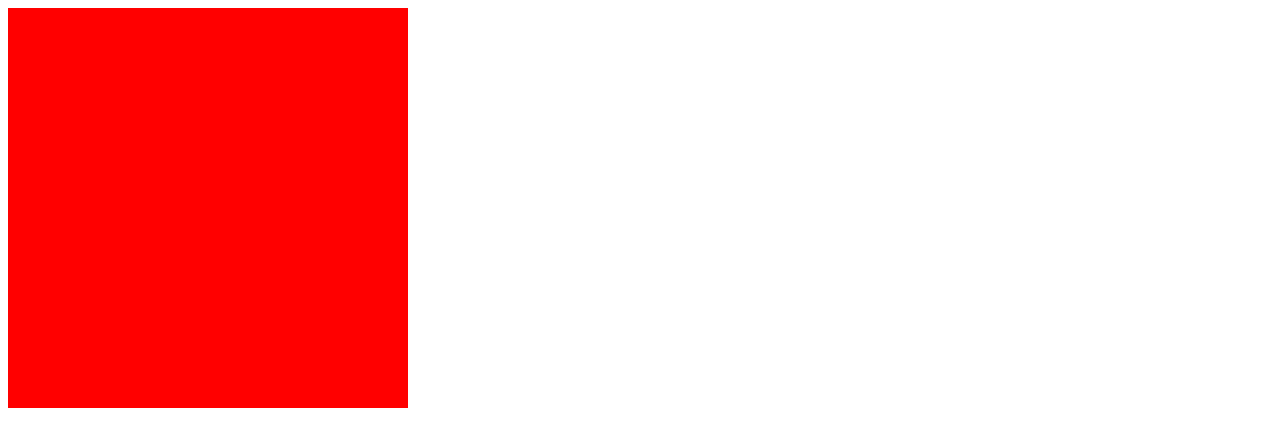
Repository: ChristeZeng/ComputerGraphics
Page: Lab2/Test.html
The author's editor kept a copy of each file at every save. The page is drawn from the files as they stood at one save, then again after the next save.
The browser window is 1280 px wide. The pictures show the whole page.

Above is the page before, as saved 2021-10-02 17:09:54.

### Lab2/Test.html
<!DOCTYPE html>
<html>
<head>
  <title>Test</title>
</head>
<body onload="main()">
  <canvas id="gl-canvas" width="400" height="400"></canvas>
  <script src="Test.js"></script>
</body>
</html>

### Lab2/Test.js
function main()
{
    //获取canvas元素
    var canvas = document.getElementById('gl-canvas');
    //获取webgl上下文
    var gl = canvas.getContext("webgl");
    if(!gl)
    {
        alert("WebGL is not supported");
        return;
    }

    const vsSource = `
        attribute vec4 position;
        void main()
        {
            gl_Position = position;
        }
    `;

    const fsSource = `
        void main()
        {
            gl_FragColor = vec4(1.0, 0.0, 0.0, 1.0);
        }
    `;

    //初始化着色器
    const shaderProgram = initShaderProgram(gl, vsSource, fsSource);

    var position = gl.getAttribLocation(shaderProgram, 'position');
    //设置顶点缓冲区
    const buffers = initBuffers(gl);
    //绘制图像
    drawBasic(gl, buffers, position, shaderProgram);

}


//初始化着色器
function initShaderProgram(gl, vsSource, fsSource)
{

    const vertexShader = loadShader(gl, gl.VERTEX_SHADER, vsSource);
    const fragmentShader = loadShader(gl, gl.FRAGMENT_SHADER, fsSource);

    //创建着色器程序
    const shaderProgram = gl.createProgram();
    gl.attachShader(shaderProgram, vertexShader);
    gl.attachShader(shaderProgram, fragmentShader);
    gl.linkProgram(shaderProgram);

    if(!gl.getProgramParameter(shaderProgram, gl.LINK_STATUS))
    {
        alert("Error");
        return null;
    }

    return shaderProgram;
}

function loadShader(gl, type, source)
{
    const shader = gl.createShader(type);

    gl.shaderSource(shader, source);
    gl.compileShader(shader);
    if(!gl.getShaderParameter(shader, gl.COMPILE_STATUS))
    {
        alert("Error: Compile");
        gl.deleteShader(shader);
        return null;
    }
    return shader;
}

function initBuffers(gl)
{
    // var N = 100;
    // var vertices = [0.0, 0.0];
    // var r = 0.5;

    // for (var i = 0; i <= N; i++)
    // {
    //     var theta = i * 2 * Math.PI / N;
    //     var x = r * Math.sin(theta);
    //     var y = r * Math.cos(theta);
    //     vertices.push(x, y);
    // }
    var vertices = [
        1.0, 1.0,
        1.0, -1.0,
        -1.0, 1.0,
        -1.0, -1.0,
    ];
    //创建缓冲区对象
    const positionBuffer = gl.createBuffer();
    //将缓冲区对象绑定到目标
    gl.bindBuffer(gl.ARRAY_BUFFER, positionBuffer);
    // 向缓冲区对象写入数据
    gl.bufferData(gl.ARRAY_BUFFER, new Float32Array(vertices), gl.STATIC_DRAW);
    return {
            position: positionBuffer,
            vertex: vertices
        };
}

function drawBasic(gl, buffers, position, shaderProgram)
{
    //将背景重置为黑色
    gl.clearColor(0.0, 0.0, 0.0, 1.0);
    //清除canvas
    gl.clear(gl.COLOR_BUFFER_BIT);


    gl.bindBuffer(gl.ARRAY_BUFFER, buffers.position);
    gl.vertexAttribPointer(position, 2, gl.FLOAT, false, 0, 0);
    gl.enableVertexAttribArray(position);
    gl.useProgram(shaderProgram);

    //利用TRIANGLE_STRIP参数三角拟合
    gl.drawArrays(gl.TRIANGLE_STRIP, 0, buffers.vertex.length / 2);
}

After the next save:
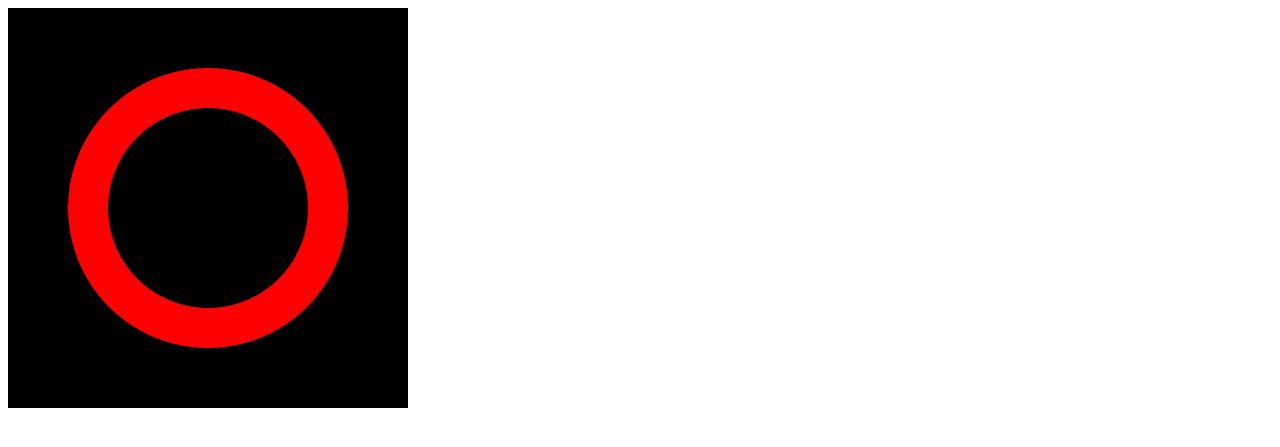
Saved 8 min 3 s later.
--- a/Lab2/Test.js
+++ b/Lab2/Test.js
@@ -76,23 +76,22 @@
 
 function initBuffers(gl)
 {
-    // var N = 100;
-    // var vertices = [0.0, 0.0];
-    // var r = 0.5;
+    var N = 100;
+    var vertices = [0.0, 0.0];
+    var r_inner = 0.5;
+    var r_outter = 0.7;
 
-    // for (var i = 0; i <= N; i++)
-    // {
-    //     var theta = i * 2 * Math.PI / N;
-    //     var x = r * Math.sin(theta);
-    //     var y = r * Math.cos(theta);
-    //     vertices.push(x, y);
-    // }
-    var vertices = [
-        1.0, 1.0,
-        1.0, -1.0,
-        -1.0, 1.0,
-        -1.0, -1.0,
-    ];
+    for (var i = 0; i <= N; i++)
+    {
+        var theta = i * 2 * Math.PI / N;
+        var x_inner = r_inner * Math.sin(theta);
+        var y_inner = r_inner * Math.cos(theta);
+        var x_outter = r_outter * Math.sin(theta);
+        var y_outter = r_outter * Math.cos(theta);
+        vertices.push(x_inner, y_inner);
+        vertices.push(x_outter, y_outter);
+    }
+
     //创建缓冲区对象
     const positionBuffer = gl.createBuffer();
     //将缓冲区对象绑定到目标
